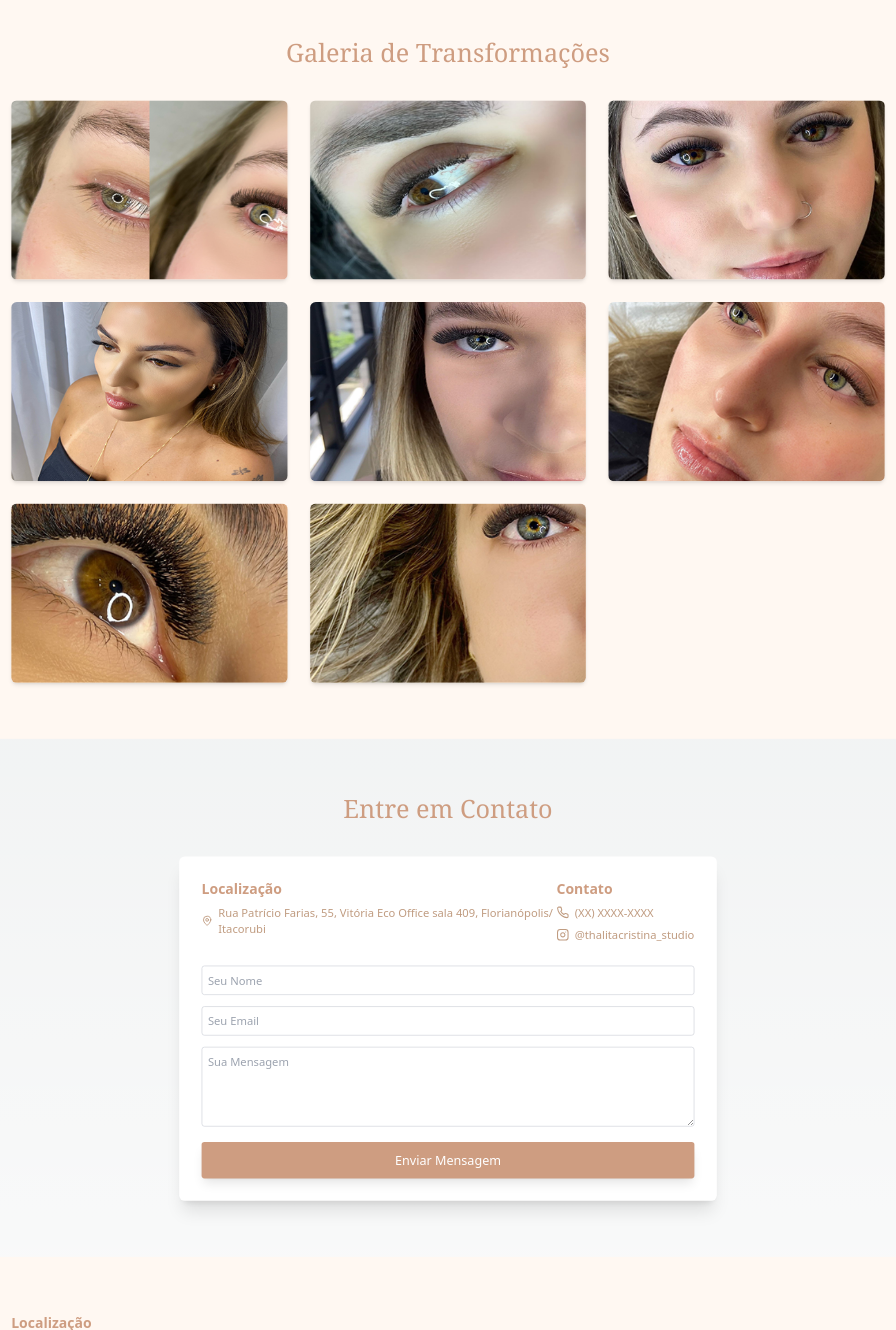
Repository: fhoinaski/thalitapage
Page: /
These files come from the project's save history. The page is drawn as it stood at one moment and after the next save; the edit follows.
The browser window is 1280 px wide. The pictures show the part of the page from y = 2069 to 3969 px (the page is 4572 px tall before and 4548 px after), at 70% of full size.
Pictures or frames that could not be fetched are drawn as grey boxes. The project was rebuilt for these pictures with package versions that can differ from the ones it lists, and the page was loaded fresh each time. The framework's server and built-in components were replaced by stand-ins that run in the browser. Also part of the build but not shown: next.config.mjs.

Above is the page before, as saved 2024-07-01 00:36:45.

After the next save:
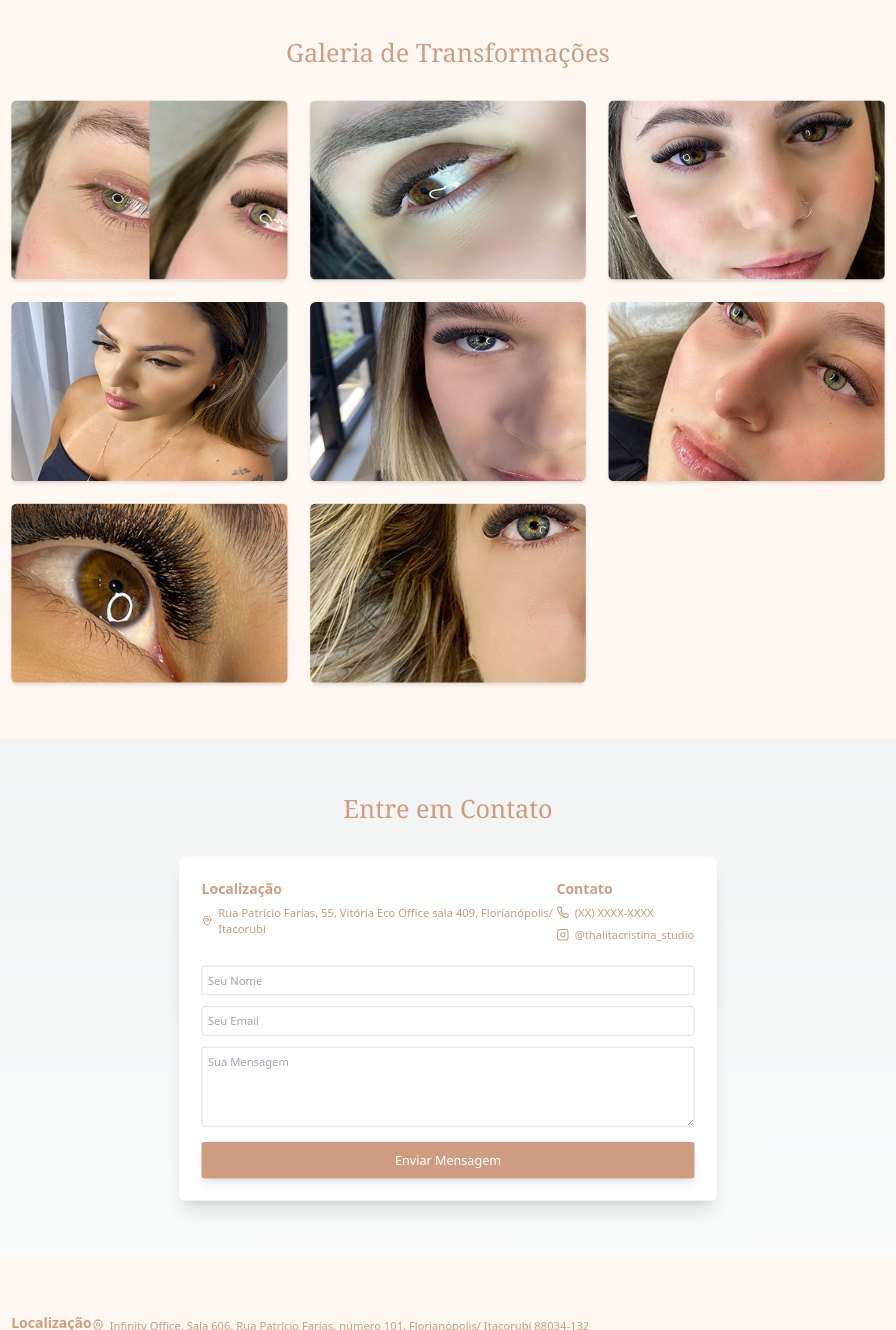
Saved 11 min 52 s later.
--- a/src/components/AddresMap.js
+++ b/src/components/AddresMap.js
@@ -46,7 +46,7 @@ const AddressMap = () => {
     viewport={{ once: true }}
   >
     <div className="container mx-auto px-4">
-    <div className="mb-6 md:mb-0">
+    <div className="mb-6 md:mb-0 flex ">
             <h3
               className="text-xl font-semibold mb-2"
               style={{ color: colors.secondary }}
